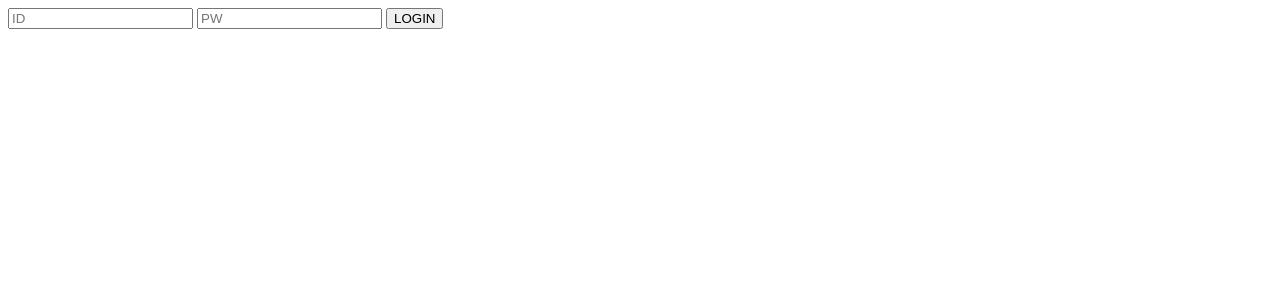
Repository: DanGitUser/javtmldb
Page: http://localhost/Test/
These files come from the project's save history. The page is drawn as it stood at one moment and after the next save; the edit follows.
The browser window is 1280 px wide. The pictures show the whole page.
The page is served by Tomcat 10.

Above is the page before, as saved 2025-05-16 06:12:40.

After the next save:
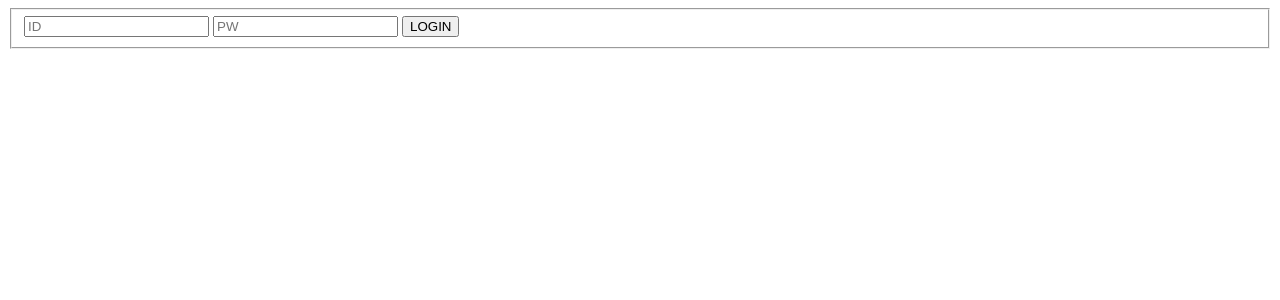
Saved 6 min 56 s later.
--- a/Test/src/main/webapp/index.jsp
+++ b/Test/src/main/webapp/index.jsp
@@ -1,5 +1,5 @@
 <%@ page language="java" contentType="text/html; charset=UTF-8"
-    pageEncoding="UTF-8"%>
+	pageEncoding="UTF-8"%>
 <!DOCTYPE html>
 <html>
 <head>
@@ -7,10 +7,12 @@
 <title>Insert title here</title>
 </head>
 <body>
-	<form action = "my">
-		<input name="userid" placeholder="ID">
-		<input type="password" name="password" placeholder="PW">
-		<button>LOGIN</button>
+	<form action="my">
+		<fieldset>
+			<input name="userid" placeholder="ID"> <input type="password"
+				name="password" placeholder="PW">
+			<button>LOGIN</button>
+		</fieldset>
 	</form>
 </body>
 </html>
